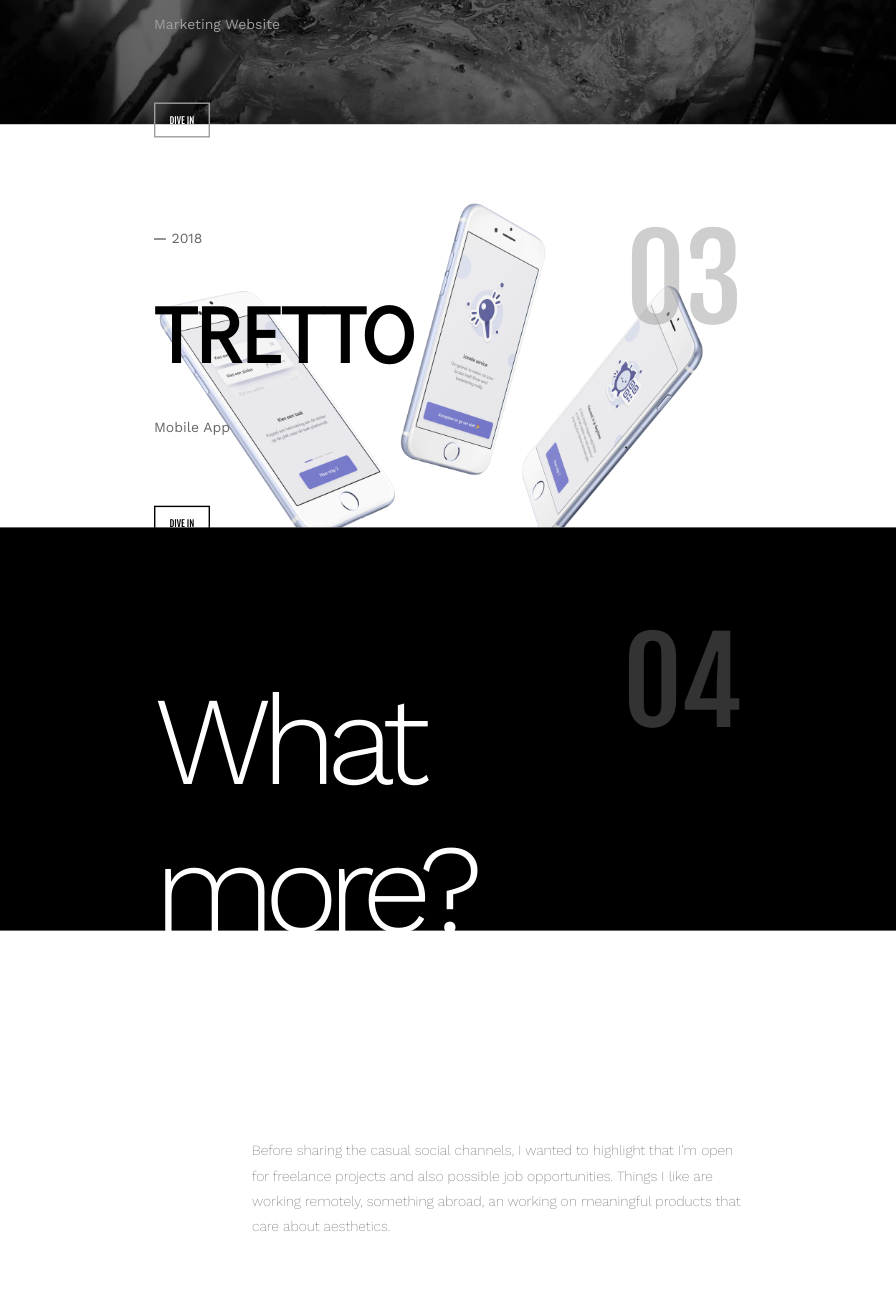
Repository: m0lt/DigitalDesigner
Page: index.html
An editor plug-in stored every save of this project. The page is shown before and after the next save, followed by the edit.
The browser window is 1280 px wide. The pictures show the part of the page from y = 2959 to 4879 px (the page is 4829 px tall before and 4879 px after), at 70% of full size.
Backgrounds fixed to the window are drawn as part of the page.

Above is the page before, as saved 2025-07-08 11:41:07.

### index.html
<!DOCTYPE html>
<html lang="en">
  <head>
    <meta charset="UTF-8" />
    <meta name="viewport" content="width=device-width, initial-scale=1.0" />
    <link rel="stylesheet" href="./assets/css/styles.css" />
    <link rel="stylesheet" href="./assets/css/styles.css" />
    <title>Project 1</title>
  </head>
  <body>
    <header></header>
    <main>
      <section id="hero">
        <p>Super Portfolio of</p>
        <h1>DIGITAL<br />DESIGNER</h1>
        <img src="./assets/img/portfolio1.jpeg" alt="Man Jumping on Rock" />
        <p>WORK</p>
      </section>
      <section id="ORBIS" class="dark content">
        <p class="Year">2019</p>
        <h2>ORBIS</h2>
        <p>Corporate Website</p>
        <button>DIVE IN</button>
        <p class="number">01</p>
      </section>
      <section id="ROLLR" class="light content">
        <p class="Year">2019</p>
        <h2>ROLLR</h2>
        <p>Marketing Website</p>
        <button>DIVE IN</button>
        <p class="number">02</p>
      </section>
      <section id="GALITOS" class="dark content">
        <p class="Year">2018</p>
        <h2>GALITO'S</h2>
        <p>Marketing Website</p>
        <button>DIVE IN</button>
        <p class="number">03</p>
      </section>
      <section id="TRETTO" class="light content">
        <p class="Year">2018</p>
        <h2>TRETTO</h2>
        <p>Mobile App</p>
        <button>DIVE IN</button>
        <p class="number">04</p>
      </section>
      <section id="more" class="content">
        <h2>What more?</h2>
        <div>
          <p>
            Before sharing the casual social channels, I wanted to highlight that I’m open for freelance projects and
            also possible job opportunities. Things I like are working remotely, something abroad, an working on
            meaningful products that care about aesthetics.
          </p>
          <p>super@super.de</p>
        </div>
      </section>
    </main>
    <footer></footer>
  </body>
</html>

### assets/css/styles.css
* {
  box-sizing: border-box;
  margin: 0;
  padding: 0;
}

:root {
  --void: #000;
  --bright: #fff;
  --dark: #333;
  --mid: #666;
  --light: #9e9e9e;
  --font-size: 16px;
}

@font-face {
  font-family: "Didact Gothic";
  src: url(../font/Didact_Gothic/DidactGothic-Regular.ttf);
}
@font-face {
  font-family: "Fjalla One";
  src: url(../font/Fjalla_One/FjallaOne-Regular.ttf);
}
@font-face {
  font-family: "Work Sans";
  src: url(../font/Work_Sans/WorkSans-VariableFont_wght.ttf);
}

html {
}

h1 {
  font-family: "Didact Gothic";
  font-size: 100px;
  font-weight: 100px;
  letter-spacing: -2px;
  margin: 30px;
}

h2 {
  font-family: "Didact Gothic";
  font-size: 112px;
  padding: 50px 0 50px 0;
}

.content {
  margin: 0 auto;
  padding: 150px 220px;
  height: 80vh;
  background-repeat: no-repeat;
  background-attachment: fixed;
  background-size: cover;
}

.content p {
  font-family: "Work Sans";
  font-size: 20px;
}

/* Strich vor der Jahreszahl */
.Year::before {
  content: "";
  display: inline-block;
  width: 17px;
  height: 2px;
  margin-right: 8px;
  vertical-align: middle;
}

button {
  border-width: 2px;
  border-style: solid;
  padding: 15px 20px;
  margin: 100px 0;
  background-color: transparent;
  font-family: "Fjalla One";
}

p.number {
  font-size: 165px;
  opacity: 50%;
  font-family: "Fjalla One";
  text-align: end;
}

/* !=============Color Scheme: Dark=============== */
.dark p {
  color: var(--light);
}
.dark h2 {
  color: var(--bright);
}
.dark button {
  border-color: var(--light);
  color: var(--bright);
}
.dark .Year::before {
  background-color: var(--light);
}

/* !=============Color Scheme: Light=============== */

.light p {
  color: var(--mid);
}
.light h2 {
  color: var(--void);
}
.light button {
  border-color: var(--void);
  color: var(--void);
}
.light .Year::before {
  background-color: var(--mid);
}

/* #==============Sections=============== */

#hero {
  text-align: center;
  margin: 20px;
}
#hero p {
  font-family: "Work Sans";
}
#hero p:nth-of-type(1) {
  font-size: 20px;
}
#hero p:nth-of-type(2) {
  margin: 50px;
  font-size: 160px;
}

#ORBIS {
  background-image: url("../img/portfolio2.jpg");
}

#ROLLR {
  background-image: url("../img/portfolio3.png");
}

#GALITOS {
  background-image: url("../img/portfolio4.jpg");
}

#TRETTO {
  background-image: url("../img/portfolio5.png");
}

#more {
  background-color: var(--void);
}

#more h2 {
  font-size: 180px;
  font-family: "Work Sans";
  font-weight: 300;
  letter-spacing: -15px;
  color: var(--bright);
}

#more div {
  margin-top: 200px;
  width: 700px;
  float: right;
}
#more p:nth-child(1) {
  color: var(--mid);
  font-weight: 200;
  line-height: 180%;
}
#more p:nth-child(2) {
  padding-top: 30px;
  font-size: 60px;
  font-weight: 300;
  color: var(--bright);
  letter-spacing: -5px;
}

After the next save:
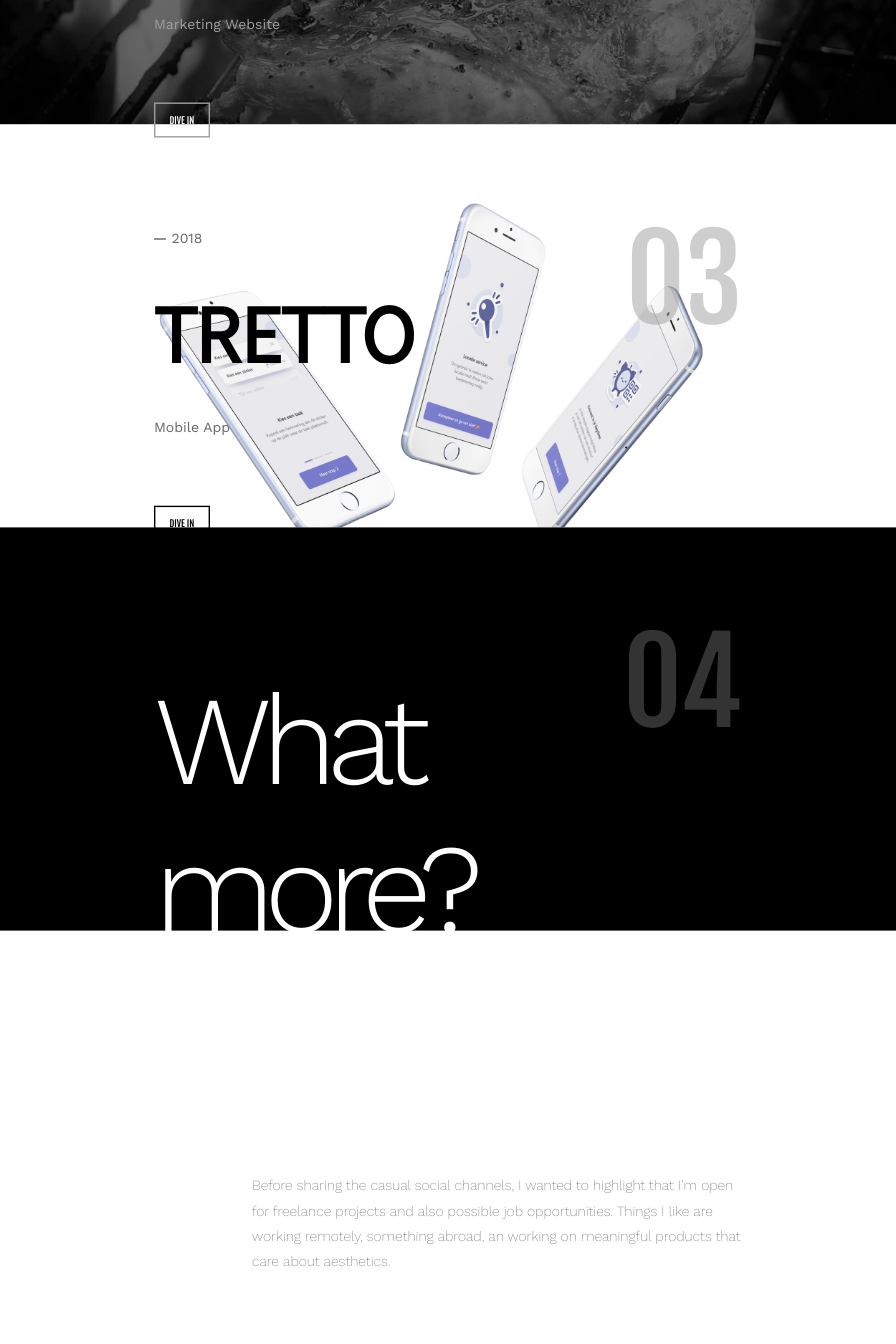
Saved 12 s later.
--- a/assets/css/styles.css
+++ b/assets/css/styles.css
@@ -160,7 +160,7 @@ p.number {
 }
 
 #more div {
-  margin-top: 200px;
+  margin-top: 250px;
   width: 700px;
   float: right;
 }
